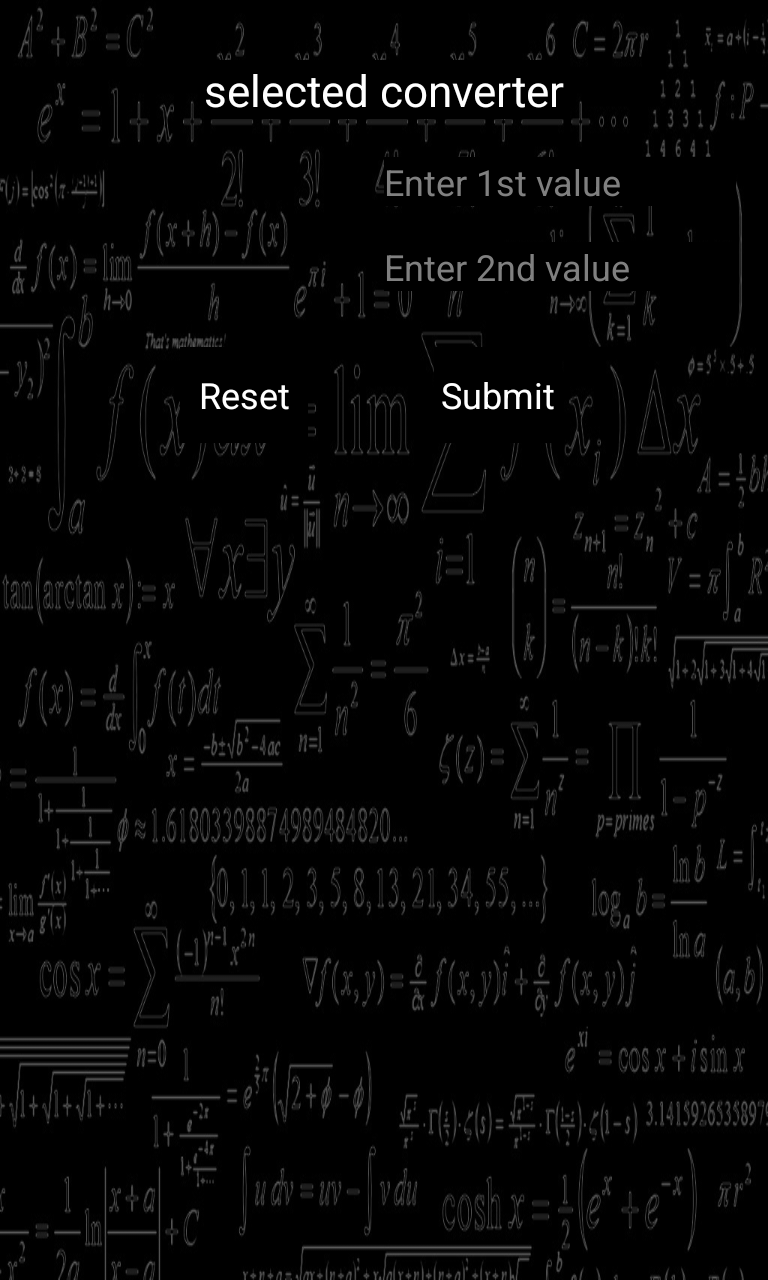
Repository: priyankaaj/practiced-apps
Layout: Converter/res/layout/activity_main.xml
These files come from the project's save history. The layout is drawn as it stood at one moment and after the next save; the edit follows.
It is drawn on a 768 x 1280 px phone screen (xhdpi) without system bars, with theme AppTheme; the app's code is not run.

Above is the layout before, as saved 2015-09-24 18:55:54.

After the next save:
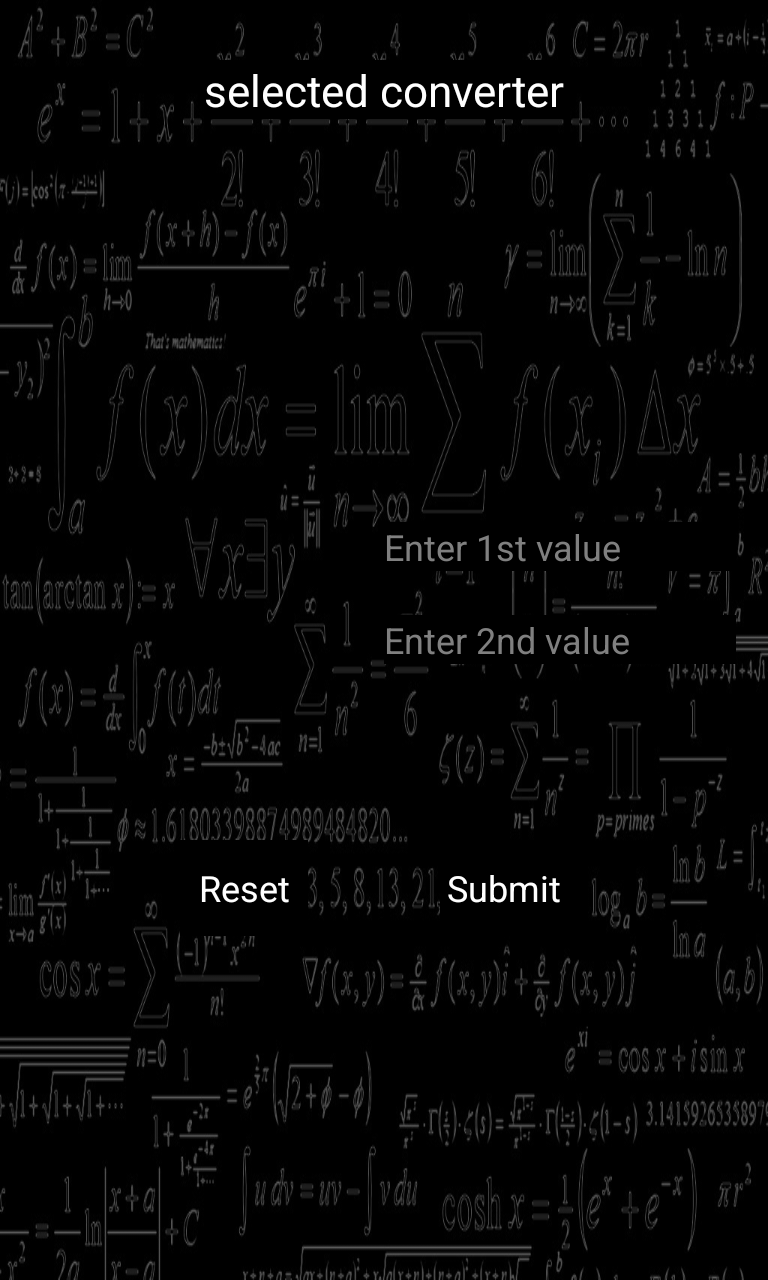
Saved 90 s later.
--- a/Converter/res/layout/activity_main.xml
+++ b/Converter/res/layout/activity_main.xml
@@ -31,44 +31,6 @@
         android:textColor="#000000"
         android:layout_marginTop="19dp" />
 
-    <EditText
-        android:id="@+id/entvalue1"
-        android:layout_width="wrap_content"
-        android:layout_height="wrap_content"
-        android:layout_alignLeft="@+id/spinnerconvertoptions"
-        android:layout_below="@+id/spinnerconvertoptions"
-        android:ems="10"
-        android:background="#000000"
-        android:textColor="#ffffff"
-        android:hint="Enter 1st value" >
-
-        <requestFocus />
-    </EditText>
-
-    <EditText
-        android:id="@+id/entvalue2"
-        android:layout_width="wrap_content"
-        android:layout_height="wrap_content"
-        android:layout_alignLeft="@+id/entvalue1"
-        android:layout_below="@+id/entvalue1"
-        android:layout_marginTop="18dp"
-        android:ems="10"
-        android:background="#000000"
-        android:textColor="#ffffff"
-        android:hint="Enter 2nd value" />
-
-    <Button
-        android:id="@+id/buttonsubmit"
-        android:layout_width="wrap_content"
-        android:layout_height="wrap_content"
-        android:layout_alignLeft="@+id/entvalue2"
-        android:layout_below="@+id/entvalue2"
-        android:layout_marginLeft="25dp"
-        android:layout_marginTop="28dp"
-        android:background="#000000"
-        android:textColor="#ffffff"
-        android:text="Submit" />
-
     <Button
         android:id="@+id/buttoncancel"
         android:layout_width="wrap_content"
@@ -81,4 +43,39 @@
         android:textColor="#ffffff"
         android:text="Reset" />
 
+    <Button
+        android:id="@+id/buttonsubmit"
+        android:layout_width="wrap_content"
+        android:layout_height="wrap_content"
+        android:layout_alignLeft="@+id/entvalue2"
+        android:layout_below="@+id/entvalue2"
+        android:layout_marginLeft="28dp"
+        android:layout_marginTop="88dp"
+        android:background="#000000"
+        android:text="Submit"
+        android:textColor="#ffffff" />
+
+    <EditText
+        android:id="@+id/entvalue2"
+        android:layout_width="wrap_content"
+        android:layout_height="wrap_content"
+        android:layout_alignLeft="@+id/entvalue1"
+        android:layout_centerVertical="true"
+        android:background="#000000"
+        android:ems="10"
+        android:hint="Enter 2nd value"
+        android:textColor="#ffffff" />
+
+    <EditText
+        android:id="@+id/entvalue1"
+        android:layout_width="wrap_content"
+        android:layout_height="wrap_content"
+        android:layout_above="@+id/entvalue2"
+        android:layout_alignLeft="@+id/spinnerconvertoptions"
+        android:layout_marginBottom="22dp"
+        android:background="#000000"
+        android:ems="10"
+        android:hint="Enter 1st value"
+        android:textColor="#ffffff" />
+
 </RelativeLayout>
